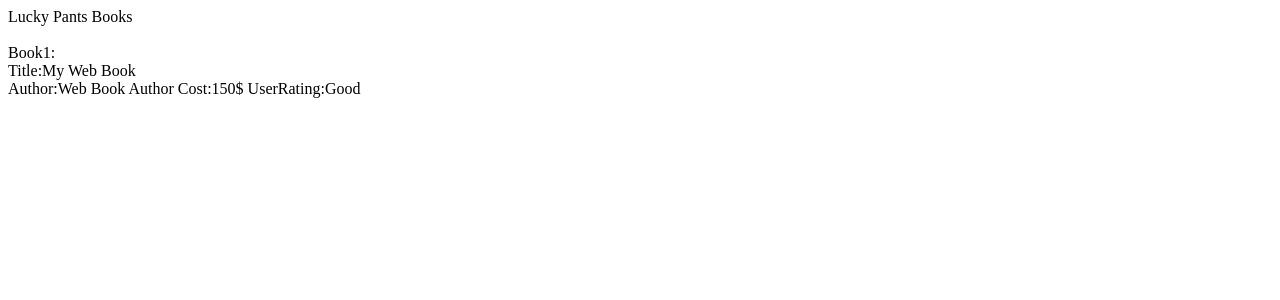
Repository: Bhavanagit/LuckyPants
Page: http://localhost/LuckyPants/mypants.jsp
These files come from the project's save history. The page is drawn as it stood at one moment and after the next save; the edit follows.
The browser window is 1280 px wide. The pictures show the whole page.
The page is served by Tomcat 9.

Above is the page before, as saved 2014-04-25 20:25:15.

After the next save:
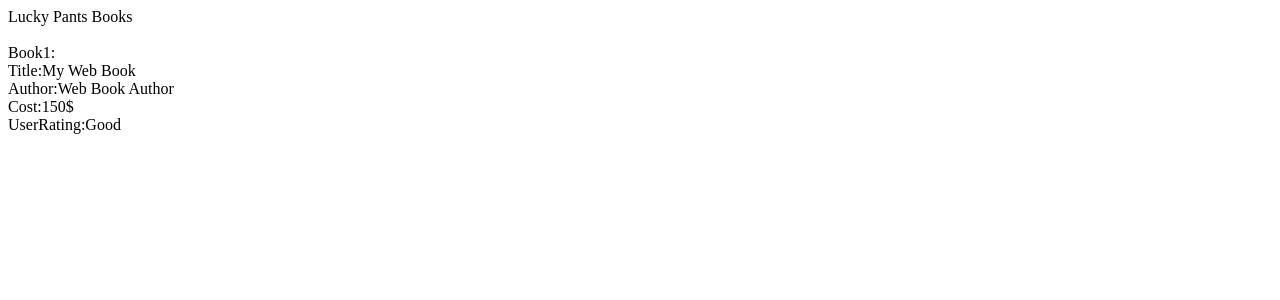
Saved 56 s later.
--- a/LuckyPants/WebContent/mypants.jsp
+++ b/LuckyPants/WebContent/mypants.jsp
@@ -12,6 +12,6 @@ book1.setUserrating("Good");
 Book1:
 <br/>
 Title:<%=book1.getTitle()%><br/>
-Author:<%=book1.getAuthor()%>
-Cost:<%=book1.getCost()%>
-UserRating:<%=book1.getUserrating()%>
+Author:<%=book1.getAuthor()%><br/>
+Cost:<%=book1.getCost()%><br/>
+UserRating:<%=book1.getUserrating()%><br/>
